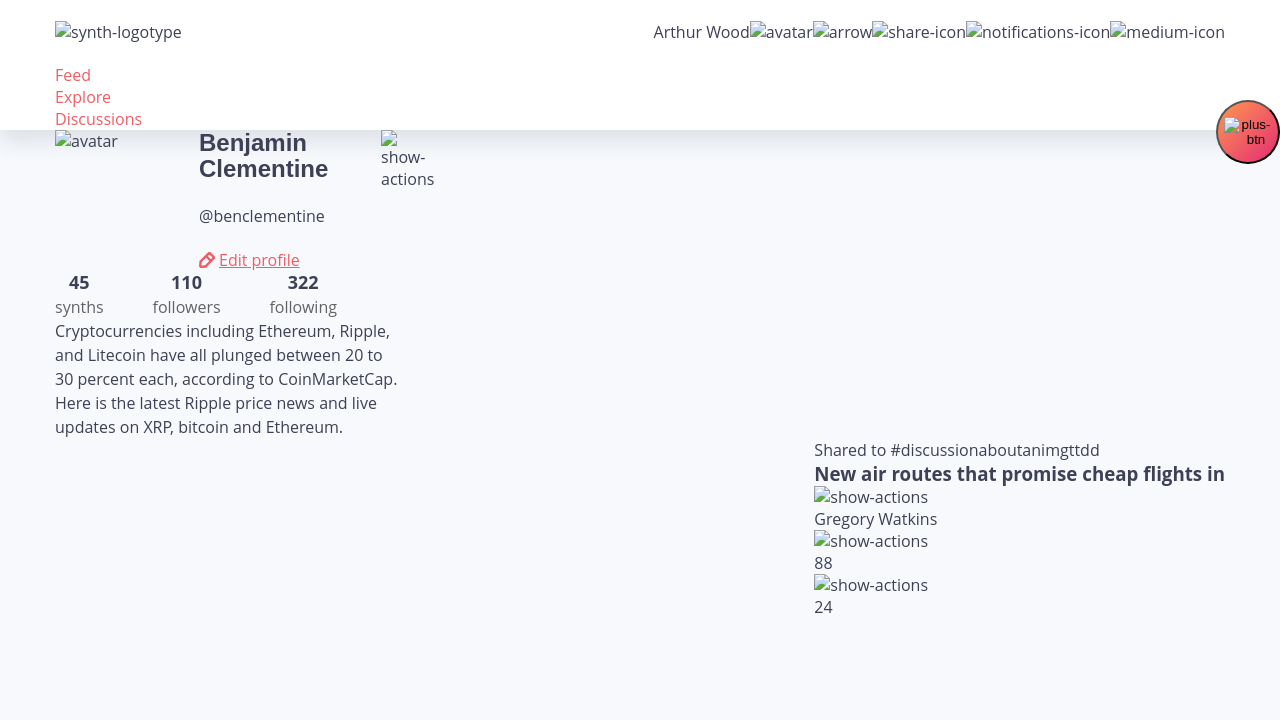
Repository: ecspetra/swivl-test-task
Page: index.html
The author's editor kept a copy of each file at every save. The page is drawn from the files as they stood at one save, then again after the next save.
The browser window is 1280 px wide. The pictures show the whole page.

Above is the page before, as saved 2021-12-09 21:00:04.

After the next save:
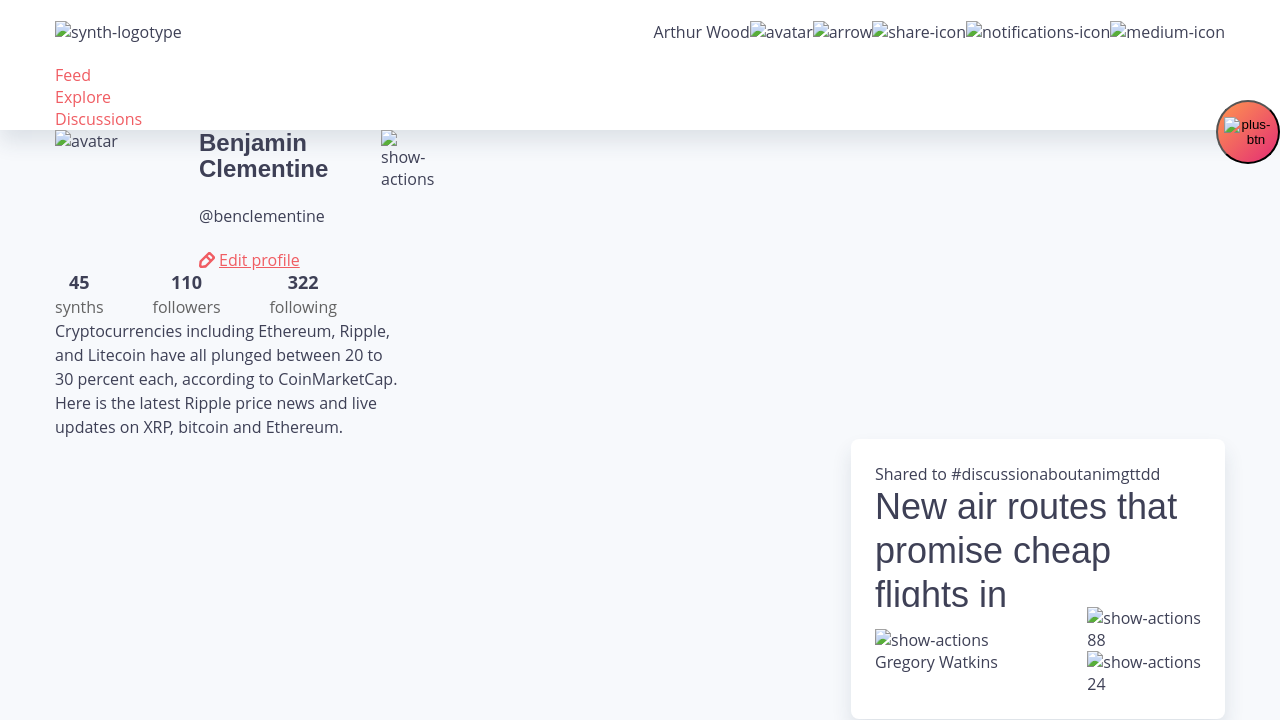
Saved 2 min 33 s later.
--- a/index.html
+++ b/index.html
@@ -81,23 +81,23 @@
                 <div class="profile__switcher"></div>
 
                 <div class="profile__cards-wrapper">
-                    <article class="profile__card">
-                        <p class="profile__card-shared-row">Shared to <span>#discussionaboutanimgttdd</span></p>
-                        <h1 class="profile__card-">New air routes that promise cheap flights in</h1>
-                        <div class="profile__card-wrapper">
+                    <article class="profile-card">
+                        <p class="profile-card__shared-row">Shared to <span>#discussionaboutanimgttdd</span></p>
+                        <h1 class="profile-card__headline">New air routes that promise cheap flights in</h1>
+                        <div class="profile-card__bottom">
                             <div class="">
-                                <div class="profile__card-dots-wrapper">
-                                    <img class="profile__card-dots" src="" alt="show-actions">
+                                <div class="profile-card__dots-wrapper">
+                                    <img class="profile-card__dots" src="" alt="show-actions">
                                 </div>
                                 <p class="">Gregory Watkins</p>
                             </div>
                             <div class="">
                                 <div class="">
-                                    <img class="profile__card-dots" src="" alt="show-actions">
+                                    <img class="profile-card__dots" src="" alt="show-actions">
                                     <p class="">88</p>
                                 </div>
                                 <div class="">
-                                    <img class="profile__card-dots" src="" alt="show-actions">
+                                    <img class="profile-card__dots" src="" alt="show-actions">
                                     <p class="">24</p>
                                 </div>
                             </div>
